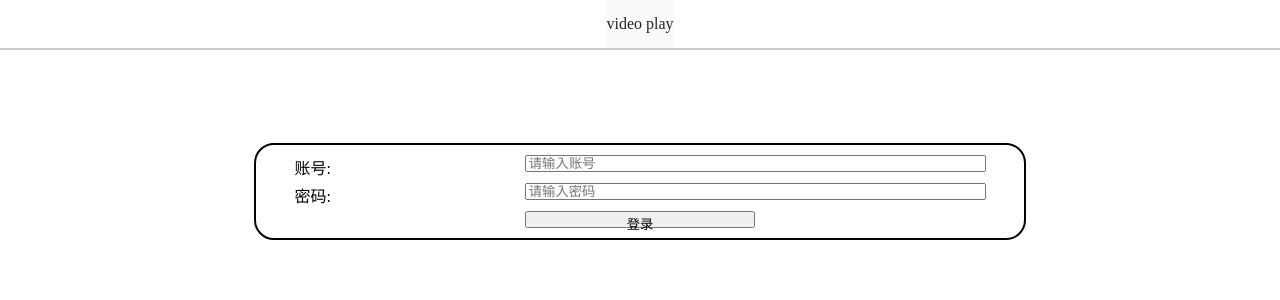
Repository: andycj7/-
Page: web/videoplay/index.html
The author's editor kept a copy of each file at every save. The page is drawn from the files as they stood at one save, then again after the next save.
The browser window is 1280 px wide. The pictures show the whole page.

Above is the page before, as saved 2020-07-16 01:22:30.

After the next save:
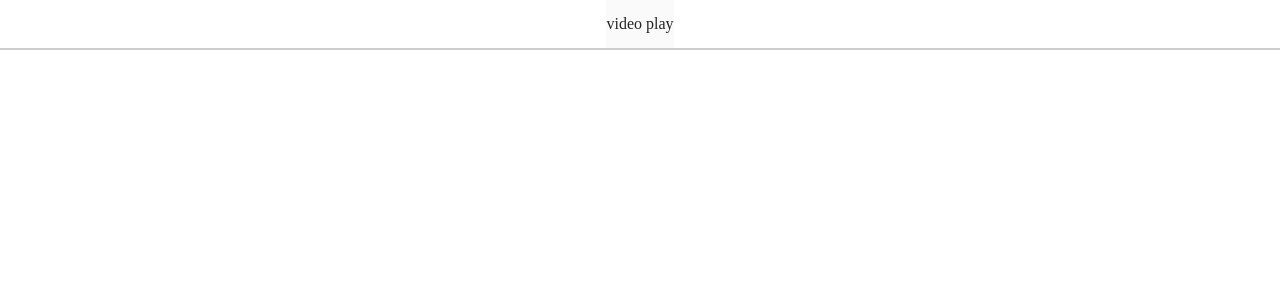
Saved 20 s later.
--- a/web/videoplay/css/base.css
+++ b/web/videoplay/css/base.css
@@ -37,6 +37,7 @@ body {
 	border-radius : 20px;
 	height : 20%;
 	width : 60%;
+	visibility: hidden;
 }
 
 .div-child-login {
